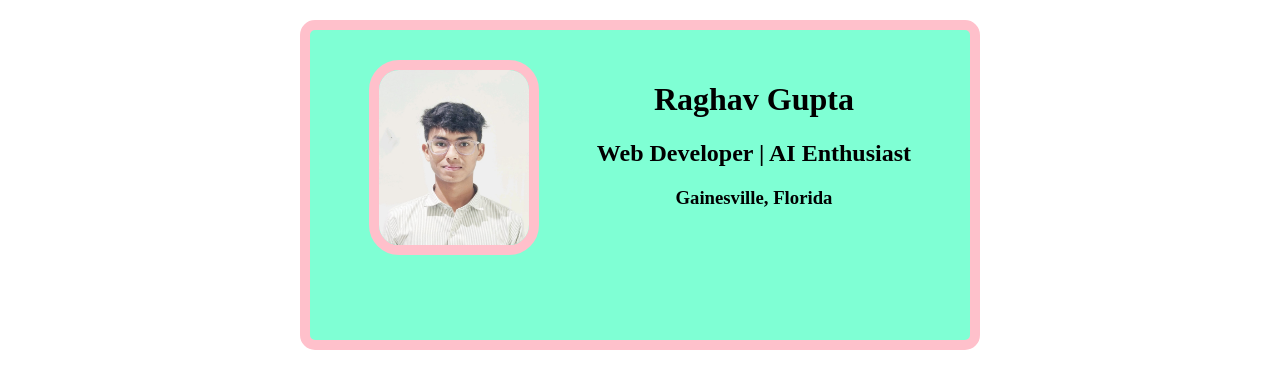
Repository: raghhavv03/html-css-practice
Page: css-task-2/index.html
The author's editor kept a copy of each file at every save. The page is drawn from the files as they stood at one save, then again after the next save.
The browser window is 1280 px wide. The pictures show the whole page.

Above is the page before, as saved 2026-02-04 04:10:09.

### css-task-2/index.html
<!DOCTYPE html>
<html>
    <head>
        <title>Visitor Card: Raghav Gupta </title>
        <link rel="stylesheet" href="./style.css">
    </head>
    <body>
        <div class="card pink-border">
            <img src="./profile.jpg" class="profile-pic pink-border" alt="raghav's profile picture">
            <div class="personal-details">
                <h1 class="name">Raghav Gupta</h1>
                <h2 class="title">Web Developer | AI Enthusiast</h2>
                <h3 class="location">Gainesville, Florida</h3>
            </div>
        </div>
    </body>
</html>

### css-task-2/style.css
body {
    margin: 20px;
}

.card {
    width: 600px;
    height: 250px;
    background-color: aquamarine;
    border-radius: 15px;
    padding: 30px;
    display: flex;
    margin-left: auto;
    margin-right: auto;
    justify-content: space-around;
}

.pink-border {
    border: 10px solid pink;
}

.profile-pic {
    width: 150px;
    height: 175px;
    border-radius: 30px;
}

.personal-details {
    text-align: center;
}

After the next save:
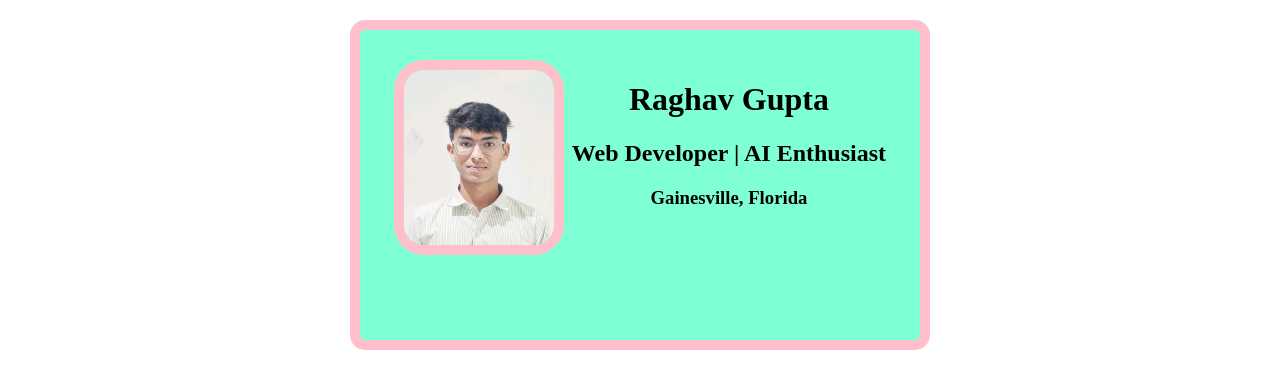
Saved 10 s later.
--- a/css-task-2/style.css
+++ b/css-task-2/style.css
@@ -3,7 +3,7 @@ body {
 }
 
 .card {
-    width: 600px;
+    width: 500px;
     height: 250px;
     background-color: aquamarine;
     border-radius: 15px;
